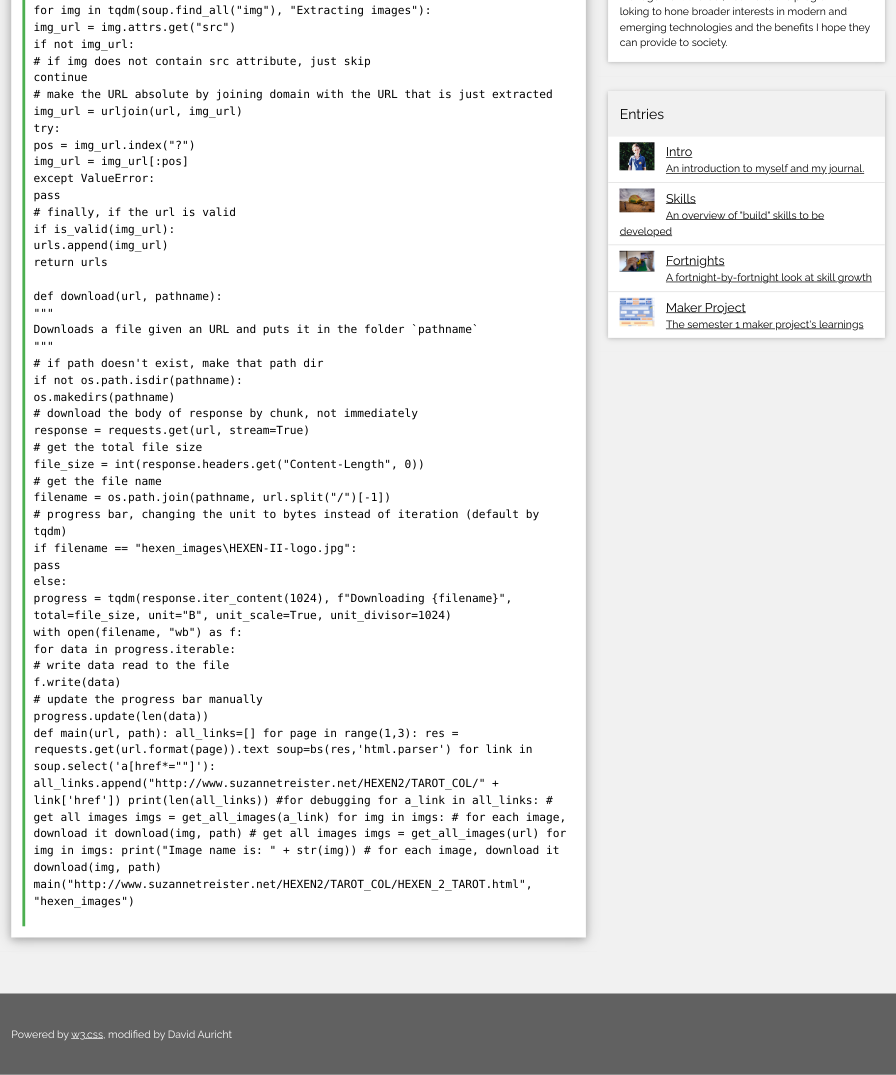
Repository: TodaysSawyer/cecs_8001_journal
Page: CECS_8001_build_journal/appendices.html
The author's editor kept a copy of each file at every save. The page is drawn from the files as they stood at one save, then again after the next save.
The browser window is 1280 px wide. The pictures show the part of the page from y = 785 to 2705 px (the page is 2321 px tall before and 2705 px after), at 70% of full size.

Above is the page before, as saved 2022-08-23 11:08:13.

### CECS_8001_build_journal/appendices.html
<!--Site layout and design credit goes to W3 Schools' "Blog template" from https://www.w3schools.com/w3css/tryw3css_templates_blog.htm-->
<!--Modifications and content by David Auricht-->

<!DOCTYPE html>
<html>
<head>
<title>David Auricht's Cybernetics Build Journal</title>
<meta charset="UTF-8">
<meta name="viewport" content="width=device-width, initial-scale=1">
<link rel="stylesheet" href="https://www.w3schools.com/w3css/4/w3.css">
<link rel="stylesheet" href="https://fonts.googleapis.com/css?family=Raleway">
<style>
body,h1,h2,h3,h4,h5 {font-family: "Raleway", sans-serif}
</style>
</head>
<body class="w3-light-grey">

<!-- w3-content defines a container for fixed size centered content,
and is wrapped around the whole page content, except for the footer in this example -->
<div class="w3-content" style="max-width:1400px">

<!-- Header -->
<header class="w3-container w3-center w3-padding-32">
  <h1><b>Master of Applied Cybernetics - CECS8001 – Build Journey</b></h1>
  <p>David Auricht - U7446851</p>
</header>

<!-- Grid -->
<div class="w3-row">

<!-- Blog entries -->
<div class="w3-col l8 s12">
  <!-- Blog entry -->
  <div class="w3-card-4 w3-margin w3-white">
    <div class="w3-container">
      <h3><b>Appendices</b></h3>
    </div>

    <div class="w3-container">
      <h4>Appendix A – HEXEN 2.0 Scraping Code</h4>
      <div class="w3-code">
        <p>import requests
        <br>import os
        <br>from tqdm import tqdm
        <br>from bs4 import BeautifulSoup as bs
        <br>from urllib.parse import urljoin, urlparse
        <br>
        <br>def is_valid(url):
        <br>      """
        <br>      Checks whether `url` is a valid URL.
        <br>      """
        <br>      parsed = urlparse(url)
        <br>      return bool(parsed.netloc) and bool(parsed.scheme)
        <br>
        <br>  def get_all_images(url):
        <br>      """
        <br>      Returns all image URLs on a single `url`
        <br>      """
        <br>      soup = bs(requests.get(url).content, "html.parser")
        <br>      urls = []
        <br>      for img in tqdm(soup.find_all("img"), "Extracting images"):
        <br>          img_url = img.attrs.get("src")
        <br>          if not img_url:
        <br>             # if img does not contain src attribute, just skip
        <br>              continue
        <br>         # make the URL absolute by joining domain with the URL that is just extracted
        <br>          img_url = urljoin(url, img_url)
        <br>          try:
        <br>              pos = img_url.index("?")
        <br>              img_url = img_url[:pos]
        <br>          except ValueError:
        <br>              pass
        <br>          # finally, if the url is valid
        <br>          if is_valid(img_url):
        <br>              urls.append(img_url)
        <br>      return urls
        <br>
        <br>  def download(url, pathname):
        <br>      """
        <br>      Downloads a file given an URL and puts it in the folder `pathname`
        <br>      """
        <br>      # if path doesn't exist, make that path dir
        <br>      if not os.path.isdir(pathname):
        <br>          os.makedirs(pathname)
        <br>      # download the body of response by chunk, not immediately
        <br>      response = requests.get(url, stream=True)
        <br>      # get the total file size
        <br>      file_size = int(response.headers.get("Content-Length", 0))
        <br>      # get the file name
        <br>      filename = os.path.join(pathname, url.split("/")[-1])
        <br>      # progress bar, changing the unit to bytes instead of iteration (default by tqdm)
        <br>      if filename == "hexen_images\HEXEN-II-logo.jpg":
        <br>          pass
        <br>      else:
        <br>          progress = tqdm(response.iter_content(1024), f"Downloading {filename}", total=file_size, unit="B", unit_scale=True, unit_divisor=1024)
        <br>          with open(filename, "wb") as f:
        <br>              for data in progress.iterable:
        <br>                  # write data read to the file
        <br>                  f.write(data)
        <br>                  # update the progress bar manually
        <br>                  progress.update(len(data))
        <br>
          def main(url, path):
              all_links=[]
              for page in range(1,3):
                  res = requests.get(url.format(page)).text
                  soup=bs(res,'html.parser')
                  for link in soup.select('a[href*=""]'):
                      all_links.append("http://www.suzannetreister.net/HEXEN2/TAROT_COL/" + link['href'])

              print(len(all_links))   #for debugging
              for a_link in all_links:
                      # get all images
                  imgs = get_all_images(a_link)
                  for img in imgs:
                      # for each image, download it
                      download(img, path)

              # get all images
              imgs = get_all_images(url)
              for img in imgs:
                  print("Image name is: " + str(img))
                  # for each image, download it
                  download(img, path)

          main("http://www.suzannetreister.net/HEXEN2/TAROT_COL/HEXEN_2_TAROT.html", "hexen_images")
          </p>
      </div>
  </div>
  </div>
  <hr>
<!-- END BLOG ENTRIES -->
</div>

<!-- Sidebar -->
<div class="w3-col l4">
  <!-- About Card -->
  <div class="w3-card w3-margin w3-margin-top">
  <img src="home_dave_profile.jpg" style="width:100%">
    <div class="w3-container w3-white">
      <h4><b>Dave</b></h4>
      <p>"Recovering Professional Cynic"</p>
      <p>With a background in software testing, and management thereof, I come to the programme loking to hone broader interests in modern and emerging technologies and the benefits I hope they can provide to society.</p>
    </div>
  </div><hr>

  <!-- Posts -->
  <div class="w3-card w3-margin">
    <div class="w3-container w3-padding">
      <h4>Entries</h4>
    </div>
    <ul class="w3-ul w3-hoverable w3-white">
      <li>
         <a href="index.html" target="_self">
         <img src="sidebar_intro_icon.jpg" alt="Image" class="w3-left w3-margin-right" style="width:50px">
         <span class="w3-large">Intro</span><br>
         <span>An introduction to myself and my journal.</span>
         </a>
      </li>
      <li>
        <a href="skills.html" target="_self">
        <img src="skills_balloon.jpg" alt="Image" class="w3-left w3-margin-right" style="width:50px">
        <span class="w3-large">Skills</span><br>
        <span>An overview of "build" skills to be developed</span>
        </a>
     </li>
      <li>
        <a href="fortnights.html" target="_self">
        <img src="fortnights_f4_screenshot.jpg" alt="Image" class="w3-left w3-margin-right" style="width:50px">
        <span class="w3-large">Fortnights</span><br>
        <span>A fortnight-by-fortnight look at skill growth</span>
        </a>
     </li>
     <li>
      <a href="maker_project.html" target="_self">
      <img src="maker_schematic.jpg" alt="Image" class="w3-left w3-margin-right" style="width:50px">
      <span class="w3-large">Maker Project</span><br>
      <span>The semester 1 maker project's learnings</span>
      </a>
   </li>
    </ul>
  </div>
  <hr>

<!-- END Sidebar -->
</div>

<!-- END GRID -->
</div><br>

<!-- END w3-content -->
</div>

<!-- Footer -->
<footer class="w3-container w3-dark-grey w3-padding-32 w3-margin-top">
  <p>Powered by <a href="https://www.w3schools.com/w3css/default.asp" target="_blank">w3.css</a>, modified by David Auricht</p>
</footer>

</body>
</html>

After the next save:
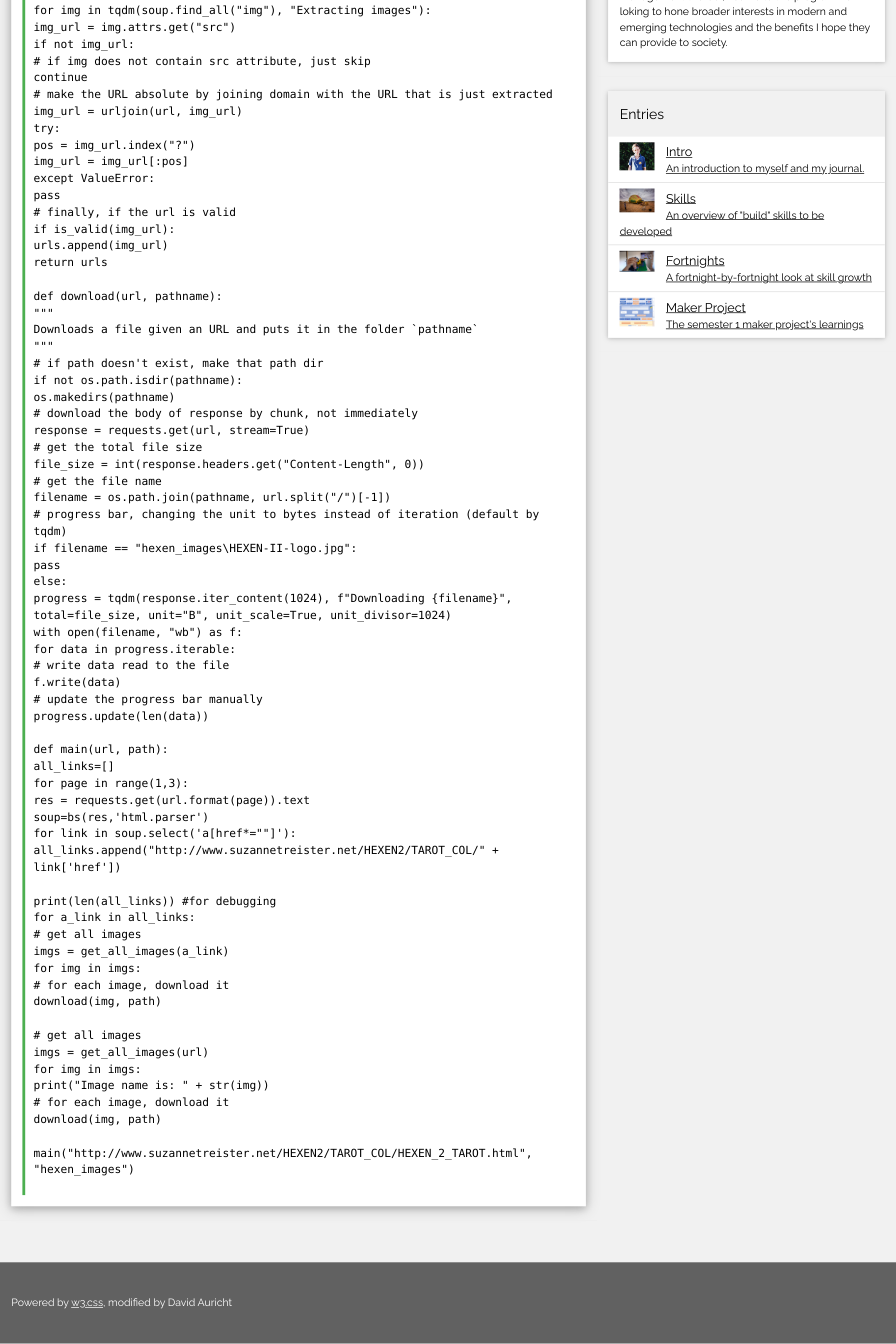
Saved 37 s later.
--- a/CECS_8001_build_journal/appendices.html
+++ b/CECS_8001_build_journal/appendices.html
@@ -100,31 +100,31 @@ and is wrapped around the whole page content, except for the footer in this exam
         <br>                  # update the progress bar manually
         <br>                  progress.update(len(data))
         <br>
-          def main(url, path):
-              all_links=[]
-              for page in range(1,3):
-                  res = requests.get(url.format(page)).text
-                  soup=bs(res,'html.parser')
-                  for link in soup.select('a[href*=""]'):
-                      all_links.append("http://www.suzannetreister.net/HEXEN2/TAROT_COL/" + link['href'])
-
-              print(len(all_links))   #for debugging
-              for a_link in all_links:
-                      # get all images
-                  imgs = get_all_images(a_link)
-                  for img in imgs:
-                      # for each image, download it
-                      download(img, path)
-
-              # get all images
-              imgs = get_all_images(url)
-              for img in imgs:
-                  print("Image name is: " + str(img))
-                  # for each image, download it
-                  download(img, path)
-
-          main("http://www.suzannetreister.net/HEXEN2/TAROT_COL/HEXEN_2_TAROT.html", "hexen_images")
-          </p>
+        <br>  def main(url, path):
+        <br>      all_links=[]
+        <br>      for page in range(1,3):
+        <br>          res = requests.get(url.format(page)).text
+        <br>          soup=bs(res,'html.parser')
+        <br>          for link in soup.select('a[href*=""]'):
+        <br>              all_links.append("http://www.suzannetreister.net/HEXEN2/TAROT_COL/" + link['href'])
+        <br>
+        <br>      print(len(all_links))   #for debugging
+        <br>      for a_link in all_links:
+        <br>              # get all images
+        <br>          imgs = get_all_images(a_link)
+        <br>          for img in imgs:
+        <br>              # for each image, download it
+        <br>              download(img, path)
+        <br>
+        <br>      # get all images
+        <br>      imgs = get_all_images(url)
+        <br>      for img in imgs:
+        <br>          print("Image name is: " + str(img))
+        <br>          # for each image, download it
+        <br>          download(img, path)
+        <br>
+        <br>  main("http://www.suzannetreister.net/HEXEN2/TAROT_COL/HEXEN_2_TAROT.html", "hexen_images")
+        </p>
       </div>
   </div>
   </div>
